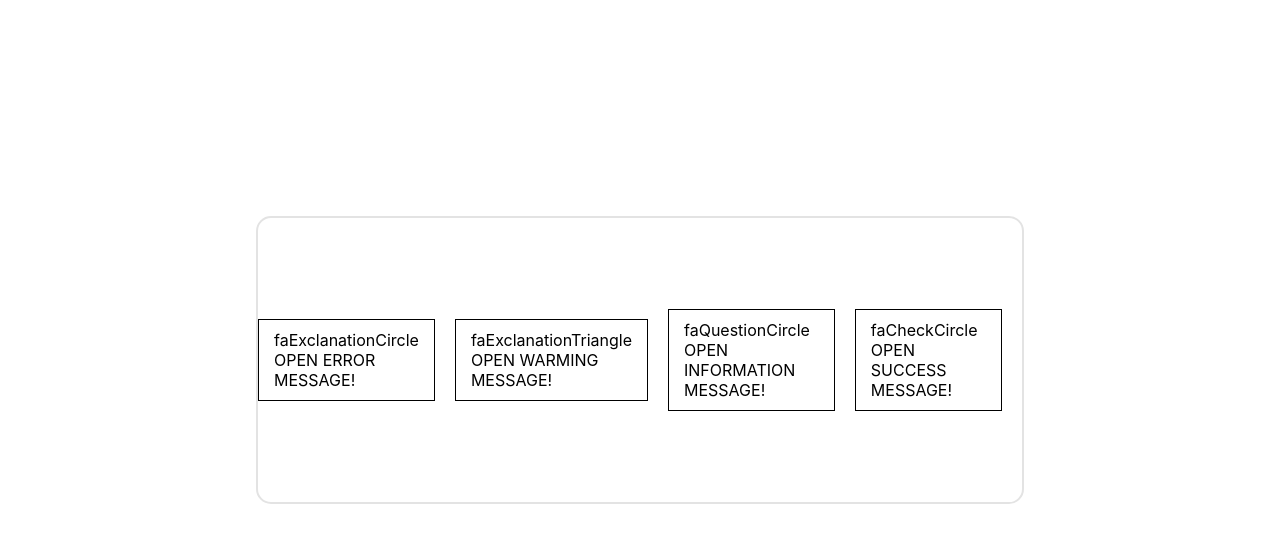
Repository: KrzysKolo/sr_tydzien5_zad2
Page: /
These files come from the project's save history. The page is drawn as it stood at one moment and after the next save; the edit follows.
The browser window is 1280 px wide. The pictures show the whole page.
The project was rebuilt for these pictures with package versions that can differ from the ones it lists, and the page was loaded fresh each time.

Above is the page before, as saved 2020-12-21 16:44:47.

### public/index.html
<!DOCTYPE html>
<html lang="en">
  <head>
    <meta charset="utf-8" />
    <link rel="icon" href="%PUBLIC_URL%/favicon.ico" />
    <meta name="viewport" content="width=device-width, initial-scale=1" />
    <meta name="theme-color" content="#000000" />
    <meta
      name="description"
      content="Web site created using create-react-app"
    />
    <link rel="apple-touch-icon" href="%PUBLIC_URL%/logo192.png" />
    <!--
      manifest.json provides metadata used when your web app is installed on a
      user's mobile device or desktop. See https://developers.google.com/web/fundamentals/web-app-manifest/
    -->
    <link rel="manifest" href="%PUBLIC_URL%/manifest.json" />
    <!--
      Notice the use of %PUBLIC_URL% in the tags above.
      It will be replaced with the URL of the `public` folder during the build.
      Only files inside the `public` folder can be referenced from the HTML.

      Unlike "/favicon.ico" or "favicon.ico", "%PUBLIC_URL%/favicon.ico" will
      work correctly both with client-side routing and a non-root public URL.
      Learn how to configure a non-root public URL by running `npm run build`.
    -->
    <title>Zad 2 - snackbar</title>
  </head>
  <body>
    <noscript>You need to enable JavaScript to run this app.</noscript>
    <div id="root"></div>
    <!--
      This HTML file is a template.
      If you open it directly in the browser, you will see an empty page.

      You can add webfonts, meta tags, or analytics to this file.
      The build step will place the bundled scripts into the <body> tag.

      To begin the development, run `npm start` or `yarn start`.
      To create a production bundle, use `npm run build` or `yarn build`.
    -->
  </body>
</html>

### src/App.js
import React from 'react';
import Buttons from './components/Buttons';
import './App.css';
const App = () => {
  return (
    <div className="wrapper--btn">
      <Buttons />
    </div>
  )
}

export default App;

### src/components/Buttons.js
import React from 'react';
import PaletColors from './../colors/PaletColors';
import ButtonsData from './../data/ButtonsData';
import Button from './Button';

const Buttons = () => {
    return (
        <>
            {ButtonsData.map(button =>
                <Button key={button.id} data={button} />
            )}
        </>
    )
}

export default Buttons;

### src/App.css
* {
  box-sizing: border-box;
  margin: 0;
  position: relative;
}
body {
  width: 100vw;
  height: 100vh;
  display: flex;
  flex-direction: row;
  justify-content: center;
  align-items: center;
}
.wrapper--btn {
  border: 2px solid #e3e3e3;
  border-radius: 15px;
  width: 60vw;
  height: 40vh;
  display: flex;
  flex-direction: row;
  justify-content: center;
  align-items: center;
}
.btn {
  border: 1px solid black;
  padding: 10px 15px;
  margin-right: 20px;
}

### src/colors/PaletColors.js
const PaletColors = {
    "red": "rgb(244, 67, 54)",
    "orange": "rgb(255, 152, 0)",
    "blue": "rgb(33, 150, 243)",
    "green": "rgb(76, 175, 80)",
    "maroon": "rgb(124, 0, 0)",
    "navy": "rgb(44, 44, 96)",
    "white": "rgb(240, 239, 244)",
    "black": "rgb(0, 0, 0)",
};

  export default PaletColors;

### src/data/ButtonsData.js
const ButtonsData = [
    {
      id: 0,
      name: "OPEN ERROR MESSAGE!",
      event: "handleClickError",
      color: "PaletColor.red",
      icon: "faExclanationCircle"
    },
    {
      id: 1,
      name: "OPEN WARMING MESSAGE!",
      event: "handleClickWarming",
      color: "PaletColor.orange",
      icon: "faExclanationTriangle",
    },
    {
      id: 2,
      name: "OPEN INFORMATION MESSAGE!",
      event: "handleClickInformation",
      color: "PaletColor.blue",
      icon: "faQuestionCircle",
    },
    {
      id: 3,
      name: "OPEN SUCCESS MESSAGE!",
      event: "handleClickSuccess",
      color: "PaletColor.green",
      icon: "faCheckCircle",
    },

  ]
 export default ButtonsData;

### src/components/Button.js
import React from 'react';
import PaletColors from './../colors/PaletColors';
import { FontAwesomeIcon } from '@fortawesome/react-fontawesome';
import { faCheckCircle } from '@fortawesome/free-solid-svg-icons';

const Button = ({data}) => {

    return (
        <div className="btn">
            <FontAwesomeIcon icon={data.icon} />{data.icon} {data.name}
        </div>
    )
}

export default Button;

Loaded but not shown: src/index.js (common file); src/index.css (common file)

After the next save:
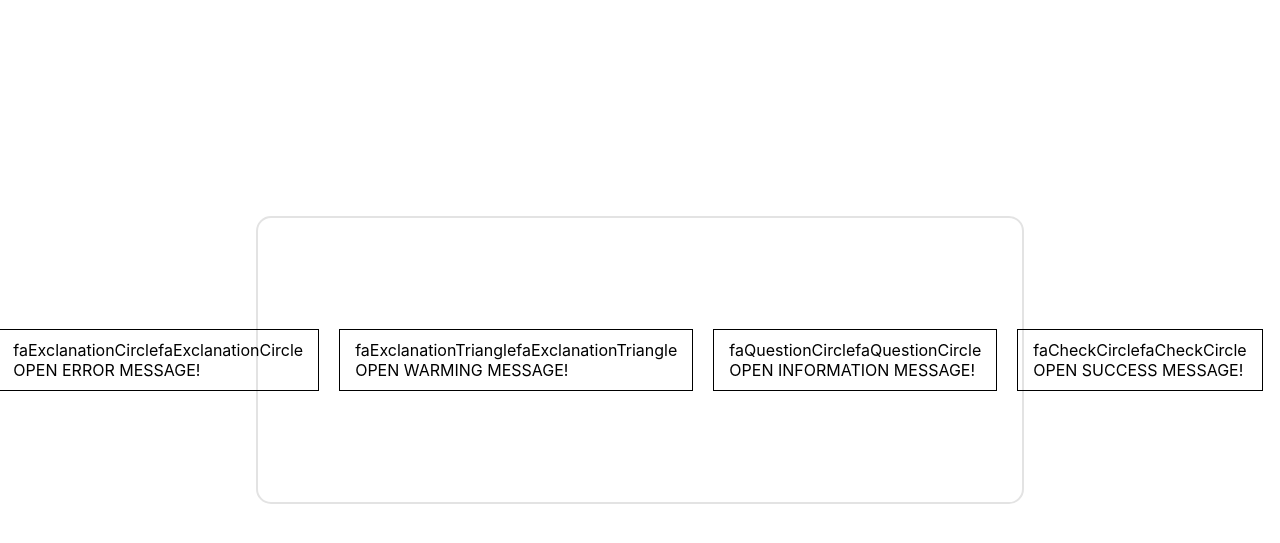
Saved 59 s later.
--- a/src/components/Button.js
+++ b/src/components/Button.js
@@ -5,8 +5,10 @@ import { faCheckCircle } from '@fortawesome/free-solid-svg-icons';
 
 const Button = ({data}) => {
 
+
     return (
         <div className="btn">
+            {data.icon}
             <FontAwesomeIcon icon={data.icon} />{data.icon} {data.name}
         </div>
     )
